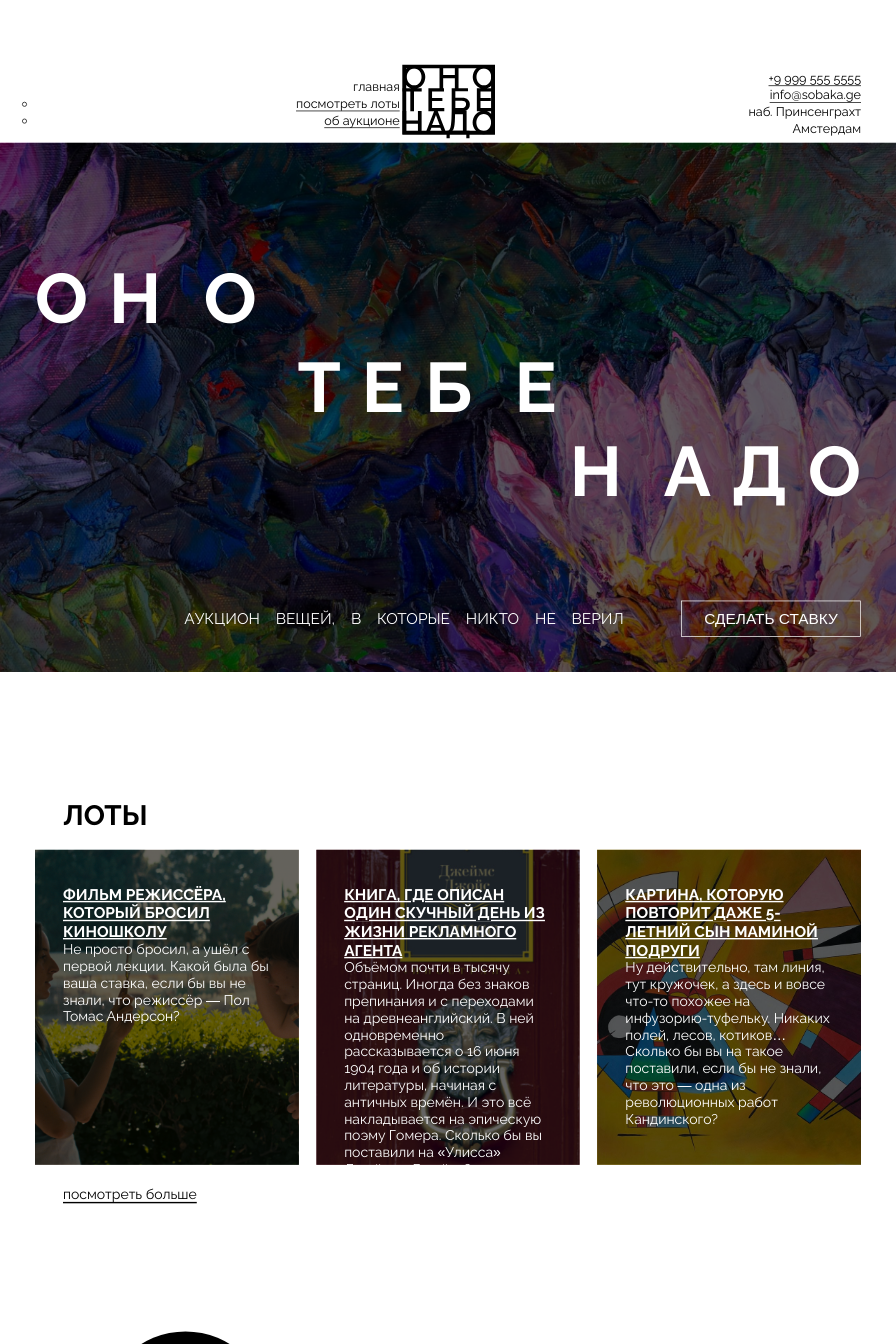
Repository: Hadoooouken/ono-tebe-nado
Page: index.html
The author's editor kept a copy of each file at every save. The page is drawn from the files as they stood at one save, then again after the next save.
The browser window is 1280 px wide. The pictures show the part of the page from y = 0 to 1920 px (the page is 2687 px tall), at 70% of full size.

Above is the page before, as saved 2023-11-28 22:50:40.

After the next save:
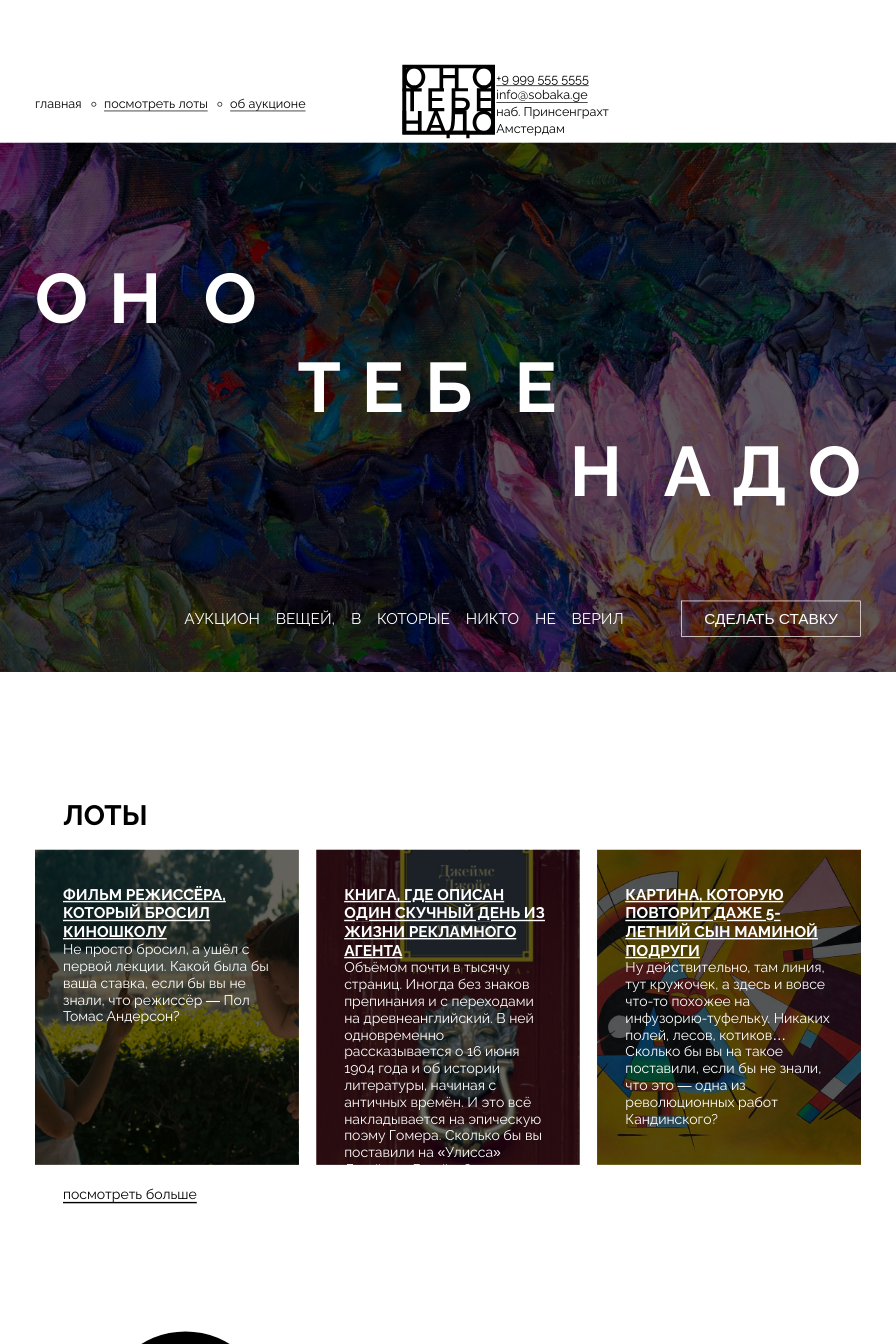
Saved 11 s later.
--- a/styles/style.css
+++ b/styles/style.css
@@ -11,12 +11,13 @@
 
 .header__menu,
 .address {
-  text-align: right;
 
 }
 
 .header__menu ul {
- list-style-type: circle;
+  display: flex;
+  gap: 32px;
+  list-style-type: circle;
 }
 
 .header__links-list-item_no-bullit a {
